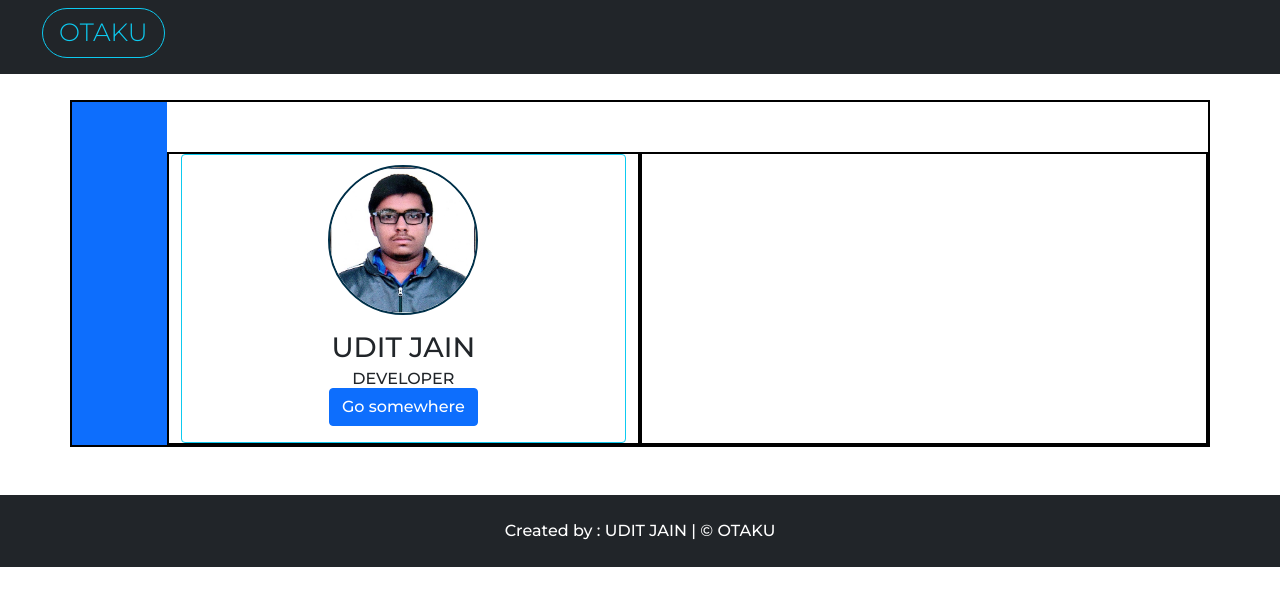
Repository: uditjain100/Responsive-Resume
Page: layouts/index.html
These files come from the project's save history. The page is drawn as it stood at one moment and after the next save; the edit follows.
The browser window is 1280 px wide. The pictures show the whole page.
Some web libraries are served in a nearby version.

Above is the page before, as saved 2021-03-01 13:59:38.

After the next save:
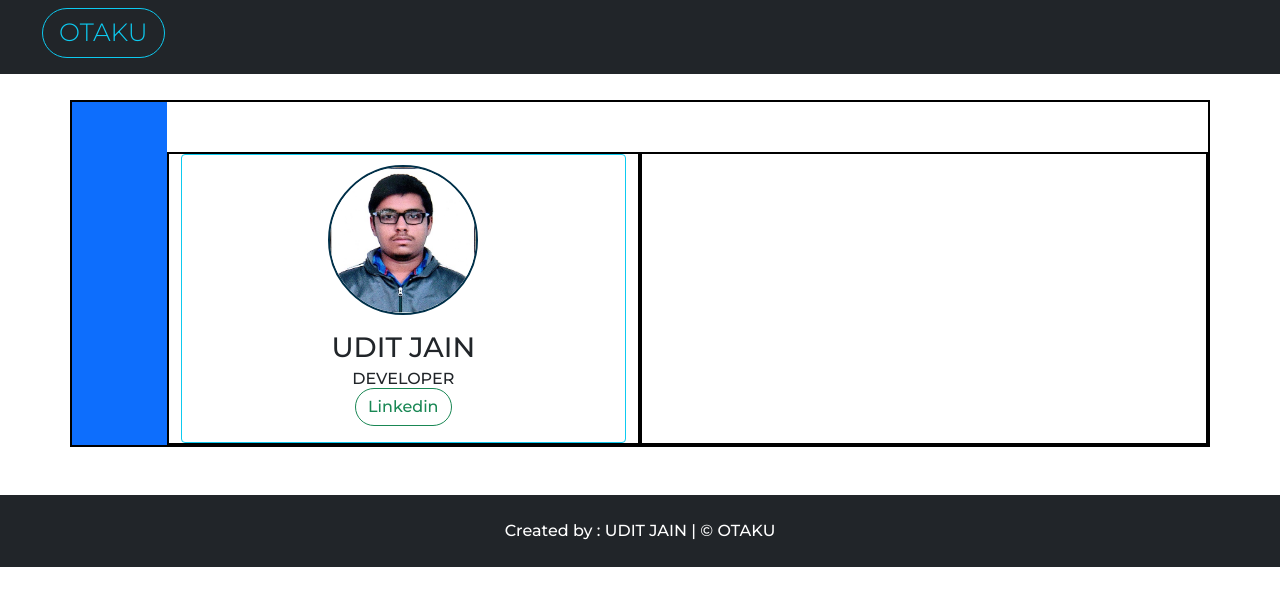
Saved 60 s later.
--- a/layouts/index.html
+++ b/layouts/index.html
@@ -71,7 +71,9 @@
             <div class="card-body">
               <h3 class="card-title">UDIT JAIN</h3>
               <h6 class="card-subtitle">DEVELOPER</h6>
-              <a href="#" class="btn btn-primary">Go somewhere</a>
+              <a href="#" class="btn btn-outline-success rounded-pill"
+                >Linkedin</a
+              >
             </div>
           </div>
         </div>
